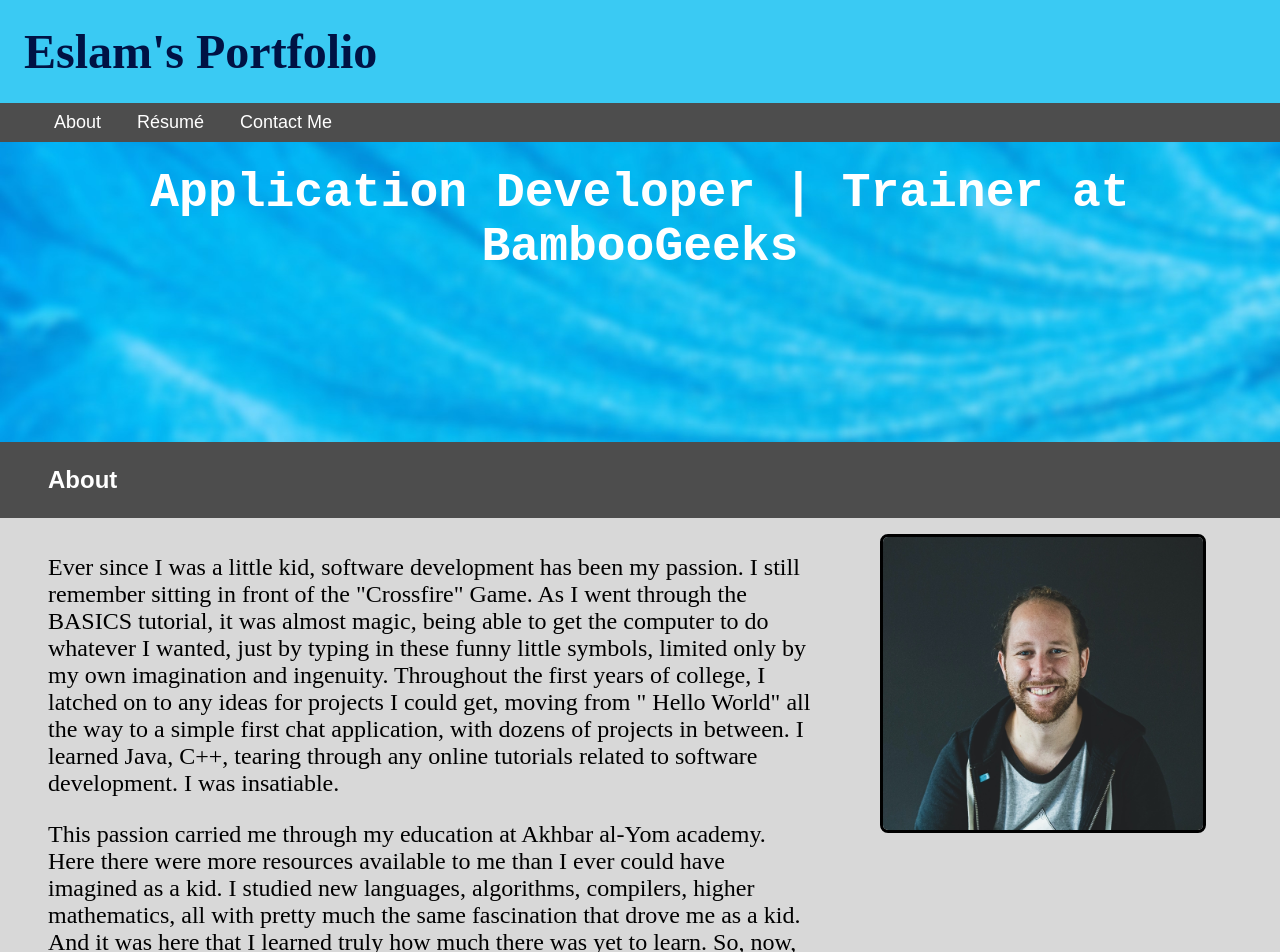
Repository: madahetooo/MyProtfolioHackathonProject
Page: index.html
These files come from the project's save history. The page is drawn as it stood at one moment and after a run of saves; the edit follows.
The browser window is 1280 px wide. The pictures show the part of the page from y = 0 to 952 px (the page is 2785 px tall).
Some web libraries are served in a nearby version.

Above is the page before, as saved 2021-10-30 14:08:31.

### index.html
<!DOCTYPE html>
<html lang="en">

<head>
    <meta charset="UTF-8">
    <meta http-equiv="X-UA-Compatible" content="IE=edge">
    <meta name="viewport" content="width=device-width, initial-scale=1.0">
    <script src="https://kit.fontawesome.com/75c964d97d.js" crossorigin="anonymous"></script>
    <link rel="icon" href="images/J.png">
    <title>My Portfolio</title>
    <style>
        body {
            margin: 0;
        }
        header {
            background-color: rgb(58 202 243);
            color:rgb(0,18,68);
            font-family: Brush Script MT, Brush Script Std, cursive;
            font-size: x-large;
        }
        header h1 {
            margin: 0;
            padding: 0.5em 0.5em;
        }
        #navigation {
            list-style: none;
            display: flex;
            background-color: rgb(77, 77, 77);
            margin: 0;
            padding: 0.5em 1em 0.5em 2em ;
            font-family: sans-serif;
            font-size: large;
        }
        #navigation a {
            text-decoration: none;
            margin: 0 1em;
            color: white;
        }
        #showcase {
            background-image: url("/images/bg.jpg");
            background-size: cover;
            background-position: center center;
            min-height: 300px;
            text-align: center;
        }
        #about, #resume {
            font-family: sans-serif;
            background-color: rgb(77, 77, 77);
            margin: auto;
            color:white;
            padding: 1em 1em 1em 2em;

        }
        #showcase h2 {
            margin: auto;
            padding: 0.5em 2em ;
            color: white;
            font-size: 3rem;
            font-family: monospace;
        }
        .aboutContainer {
            display: flex;
            background-color: rgb(216, 216, 216);
        }
        #main {
            width: 60%;
            padding: 0.5em 2em ;
            font-size: 1.5rem;

        }
        aside {
            width: 25%;
        }
        .me {
            width: 100%;
            max-width: 400px;
            margin: 1em;
            border: solid;
            border-radius: 0.5em;
        }
        .resumeContainer iframe {
            width: 99%;
            min-height: 900px;
        }
        #main-footer {
            background-color: rgb(77, 77, 77);
            color: white;
            text-align: center;
            padding: 2.5em 2em 0.5em 2em;
        }
        .contact{
            font-size: x-large;
        }
        .contact a {
            text-decoration: none;
            color: white;
            font-weight: bold;
        }
        .social-media {
            margin: 2em 0;
        }
        .social-media a {
            text-decoration: none;
            color: white;
            font-size: 2.5rem;
            margin: 0 0.5em;
        }
    </style>
</head>

<body>
    <header>
        <h1>Eslam's Portfolio</h1>
    </header>
    <nav>
        <ul id="navigation">
            <li><a href="#about">About</a></li>
            <li><a href="#resume">Résumé</a></li>
            <li><a href="#main-footer">Contact Me</a></li>
        </ul>
    </nav>
    <div id="showcase">
        <div class="container">
            <h2>Application Developer | Trainer at BambooGeeks</h2>
        </div>
    </div>
    <h2 id="about">About</h2>
    <div class="aboutContainer">
        <div id="main">
            <p>Ever since I was a little kid, software development has been my passion. I still remember sitting in front of the "Crossfire" Game. As I went through the BASICS tutorial, it was almost magic, being able to get the computer to do whatever I wanted, just by typing in these funny little symbols, limited only by my own imagination and ingenuity. Throughout the first years of college, I latched on to any ideas for projects I could get, moving from " Hello World" all the way to a simple first chat application, with dozens of projects in between. I learned Java, C++, tearing through any online tutorials related to software development. I was insatiable.</p>
            <p>This passion carried me through my education at Akhbar al-Yom academy. Here there were more resources available to me than I ever could have imagined as a kid. I studied new languages, algorithms, compilers, higher mathematics, all with pretty much the same fascination that drove me as a kid. And it was here that I learned truly how much there was yet to learn.

                So, now, in industry, this passion remains with me. There's certainly yet more to learn, yet more problems to solve, and yet more to build. And for this, I am very grateful.

                Earned a Bachelor’s degree in computer science in 2018, In particular, focused on topics like Android development, Chatbots, IBM Watson, and Google Cloud Platform. After graduation, worked hard to attain my role as a Software Engineer for 3 years. Then I spent a full 2 years working as a Chatbot Front-end Developer at Art Dimension company.

                In 2016, Co-founded the Google Developers Group on 6 October and was able to grow the community to over 4000 members over 3 years and represented GDG October in many events in California and Bangalore in India like GDD India and Google I/O.

                had a lot of significant professional experiences as a Public Speaker. transformed hundreds of developers' lives by teaching them how to work with Android, Google Assistant, GCP, Flutter, UI UX, Web Development, and Gsuite in only 4 years by performing + 220 sessions across Egypt and outside Egypt.

                As an educator, I feel genuine happiness when I help others and see them succeed in their careers. The feeling of proudness when people tell you they managed to do this and that thanks to you not only recharges your batteries and makes you want to do it again, it also pushes you to reach higher levels so that you can help even more people more efficiently.</p>
        </div>
        <aside><img src="images/john-doe.jpg" alt="John's picture" class="me"></aside>
    </div>
    <h2 id="resume">Resume</h2>
    <div class="resumeContainer">
        <iframe src="https://docs.google.com/document/d/e/2PACX-1vR032kqA4xdy2QUvcVKjnJ9RImkEOfdYexw67QKQ6SHkg9HznEFGkCwV1goGGS4qgYYp0PFmppO9zcS/pub?embedded=true"></iframe>
    </div>

    <footer id="main-footer">
        <div class="contact">
            <p>I hope To hear from you!</p>
            <a href="mailto:john_doe@example.com">john_doe@example.com</a>
        </div>
        <div class="social-media">
            <a href="#"><i class="fa fa-github"></i></a>
            <a href="#"><i class="fa fa-facebook-square"></i></a>
            <a href="#"><i class="fa fa-linkedin"></i></a>
        </div>
        <div class="copyrights">
            <p>copyright &copy; 2021 John's Portfolio</p>
        </div>
    </footer>
</body>

</html>

After the next 2 saves:
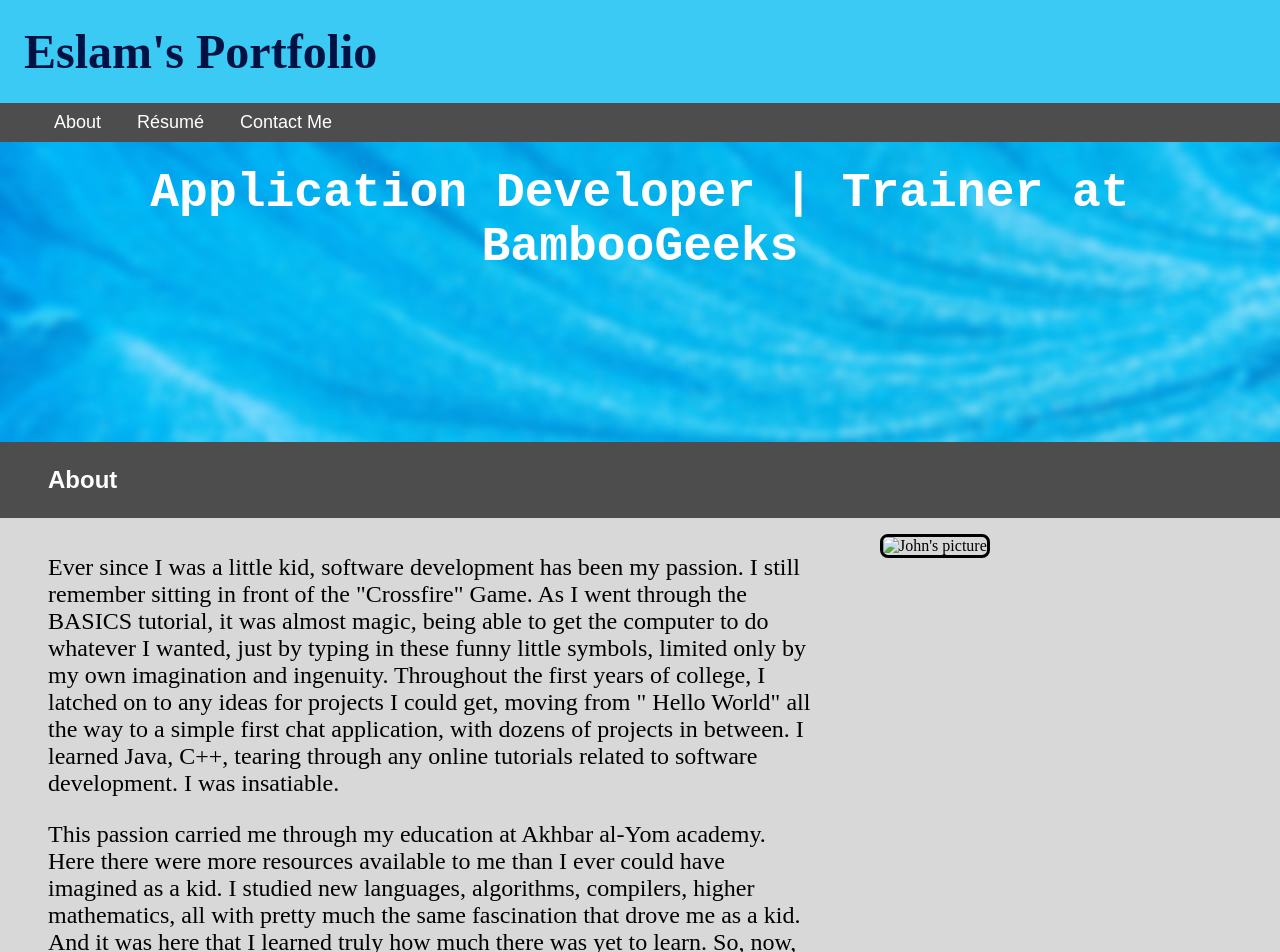
Not found: images/prfoi.jpg
The 2 saves are shown as one change because they came seconds apart.
The last was saved 48 s later.
--- a/index.html
+++ b/index.html
@@ -140,7 +140,7 @@
 
                 As an educator, I feel genuine happiness when I help others and see them succeed in their careers. The feeling of proudness when people tell you they managed to do this and that thanks to you not only recharges your batteries and makes you want to do it again, it also pushes you to reach higher levels so that you can help even more people more efficiently.</p>
         </div>
-        <aside><img src="images/john-doe.jpg" alt="John's picture" class="me"></aside>
+        <aside><img src="images/prfoi.jpg" alt="John's picture" class="me"></aside>
     </div>
     <h2 id="resume">Resume</h2>
     <div class="resumeContainer">

After the 3 saves that followed:
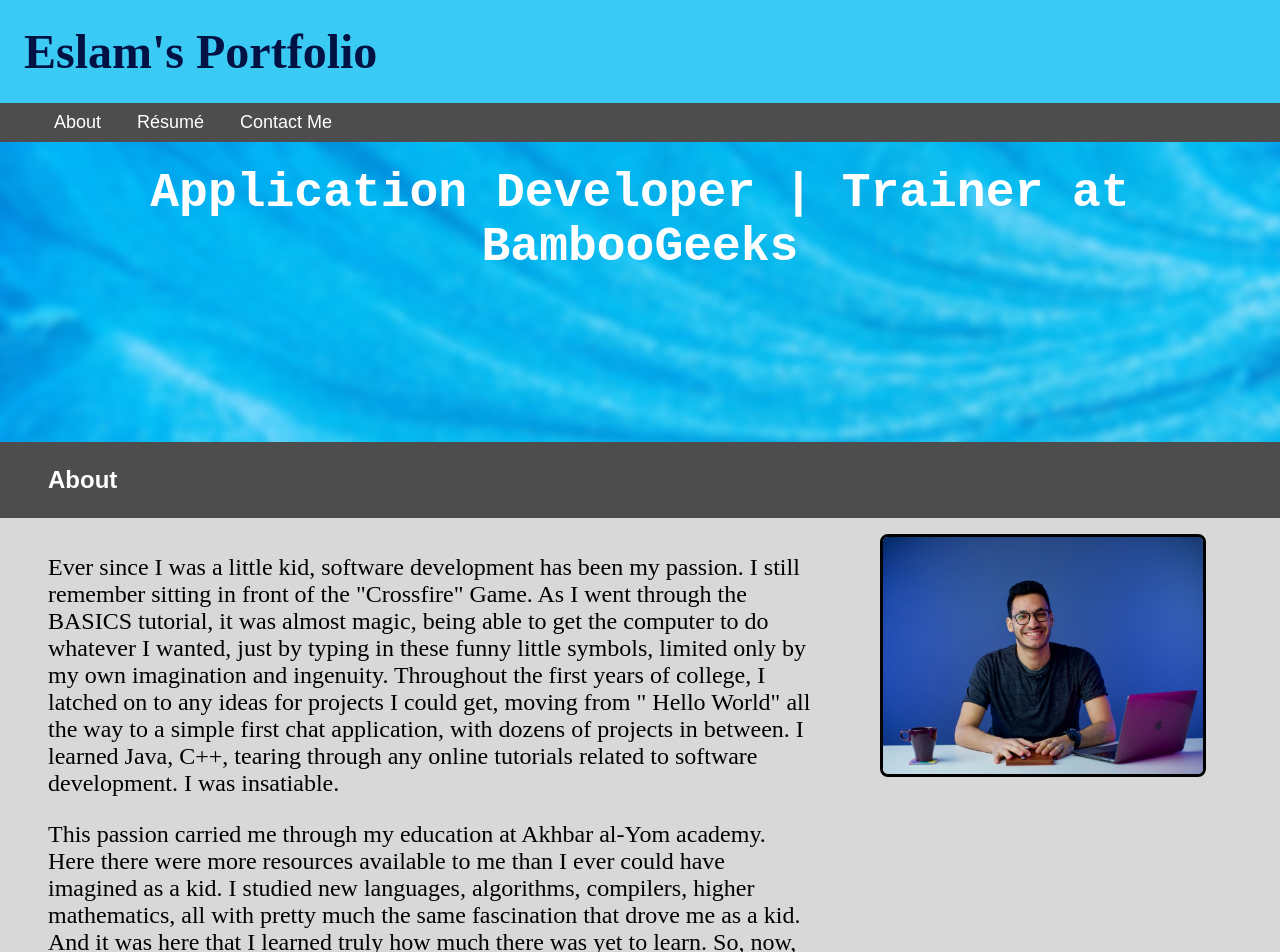
The 3 saves are shown as one change because they came seconds apart.
The last was saved 10 s later.
--- a/index.html
+++ b/index.html
@@ -140,7 +140,7 @@
 
                 As an educator, I feel genuine happiness when I help others and see them succeed in their careers. The feeling of proudness when people tell you they managed to do this and that thanks to you not only recharges your batteries and makes you want to do it again, it also pushes you to reach higher levels so that you can help even more people more efficiently.</p>
         </div>
-        <aside><img src="images/prfoi.jpg" alt="John's picture" class="me"></aside>
+        <aside><img src="images/profileimage.jpeg" alt="Eslam's picture" class="me"></aside>
     </div>
     <h2 id="resume">Resume</h2>
     <div class="resumeContainer">
